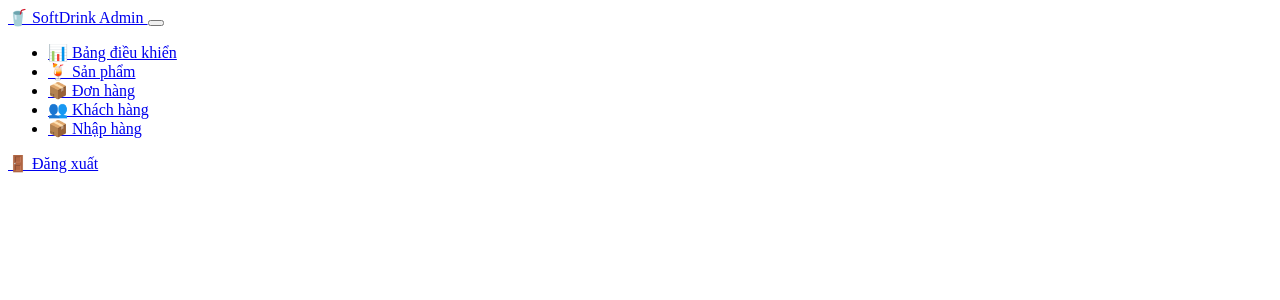
Repository: cu-dat/web2_softdrink
Page: http://localhost/web2_softdrink/admin/includes/navbar.php
These files come from the project's save history. The page is drawn as it stood at one moment and after a run of saves; the edit follows.
The browser window is 1280 px wide. The pictures show the whole page.
The page is run by PHP 8.4 with error messages shown; the project is at /var/www/html/.

Above is the page before, as saved 2026-03-31 18:32:53.

After the next 4 saves:
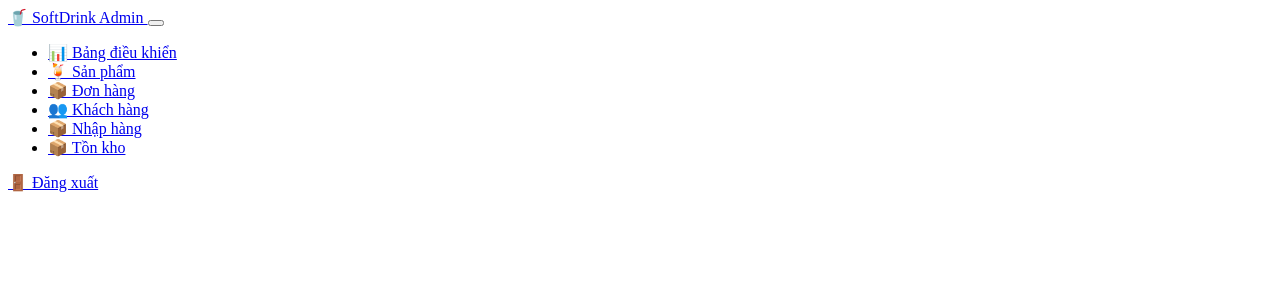
The 4 saves are shown as one change because they came seconds apart.
The last was saved 80 s later.
--- a/admin/includes/navbar.php
+++ b/admin/includes/navbar.php
@@ -54,6 +54,9 @@
                         📦 Nhập hàng
                     </a>
                 </li>
+                <li class="nav-item">
+                    <a class="nav-link" href="stock_check.php">📦 Tồn kho</a>
+                </li>
             </ul>
             <!-- Logout -->
             <a href="/web2_softdrink/admin/logout.php" class="btn btn-danger">
